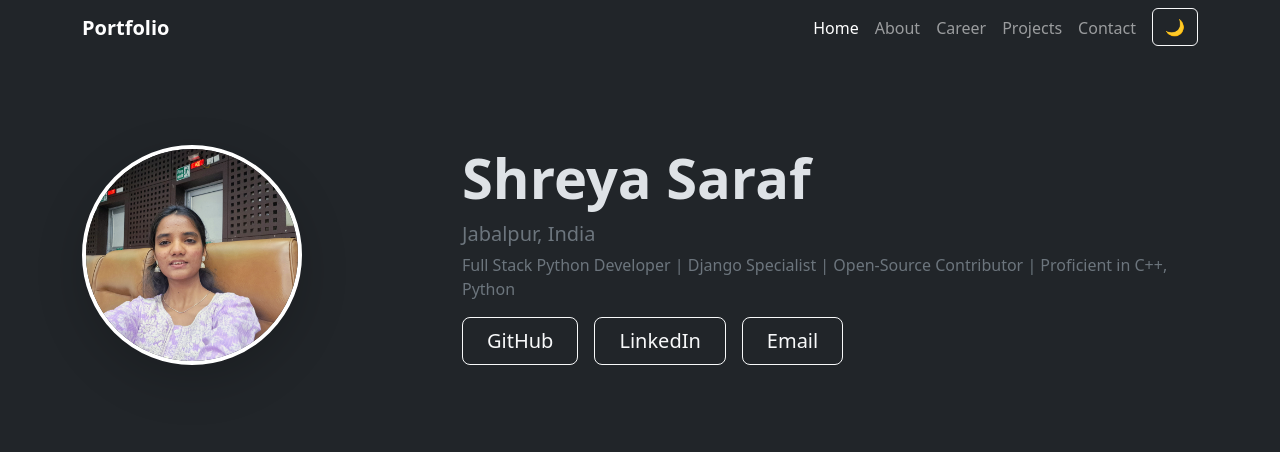
Repository: Shreyasaraf01/shreya-portfolio
Page: http://localhost/
An editor plug-in stored every save of this project. The page is shown before and after the next save, followed by the edit.
The browser window is 1280 px wide. The pictures show the whole page.
The page is served by the project's application, run on Django 5.2 (manage.py).

Above is the page before, as saved 2025-09-13 22:13:29.

After the next save:
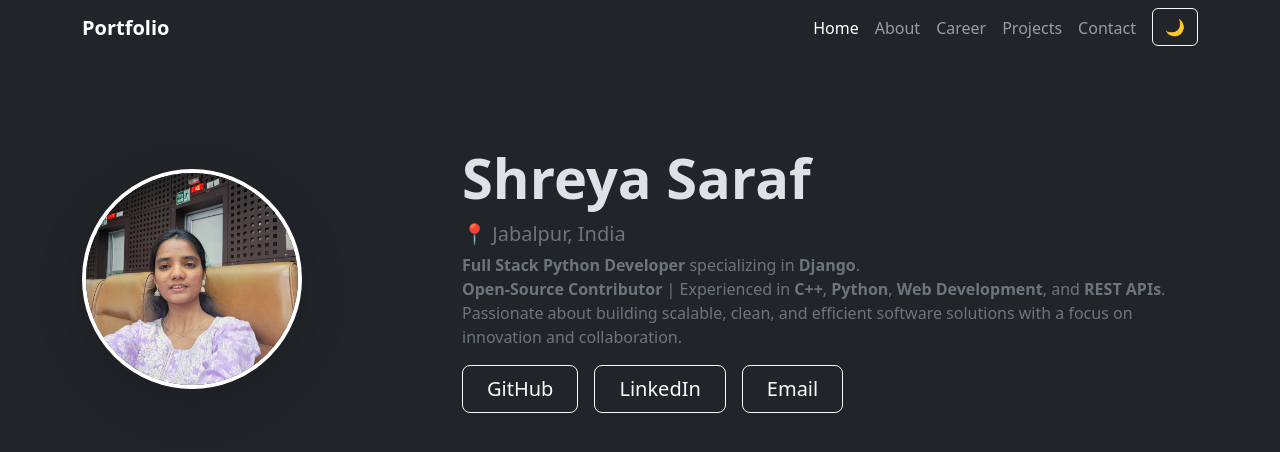
Saved 3 min 25 s later.
--- a/main/templates/main/index.html
+++ b/main/templates/main/index.html
@@ -14,8 +14,12 @@
   <!-- Profile Info -->
   <div class="col-md-8">
     <h1 class="display-4 fw-bold mb-2">Shreya Saraf</h1>
-    <p class="fs-5 text-secondary mb-1">Jabalpur, India</p>
-    <p class="fs-6 text-secondary mb-3">Full Stack Python Developer | Django Specialist | Open-Source Contributor | Proficient in C++, Python</p>
+    <p class="fs-5 text-secondary mb-1">📍 Jabalpur, India</p>
+    <p class="fs-6 text-secondary mb-3">
+      <strong>Full Stack Python Developer</strong> specializing in <strong>Django</strong>.<br>
+      <strong>Open-Source Contributor</strong> | Experienced in <strong>C++</strong>, <strong>Python</strong>, <strong>Web Development</strong>, and <strong>REST APIs</strong>.<br>
+      Passionate about building scalable, clean, and efficient software solutions with a focus on innovation and collaboration.
+    </p>
 
     <!-- Social Buttons -->
     <div class="d-flex gap-3 justify-content-center justify-content-md-start mt-3">
